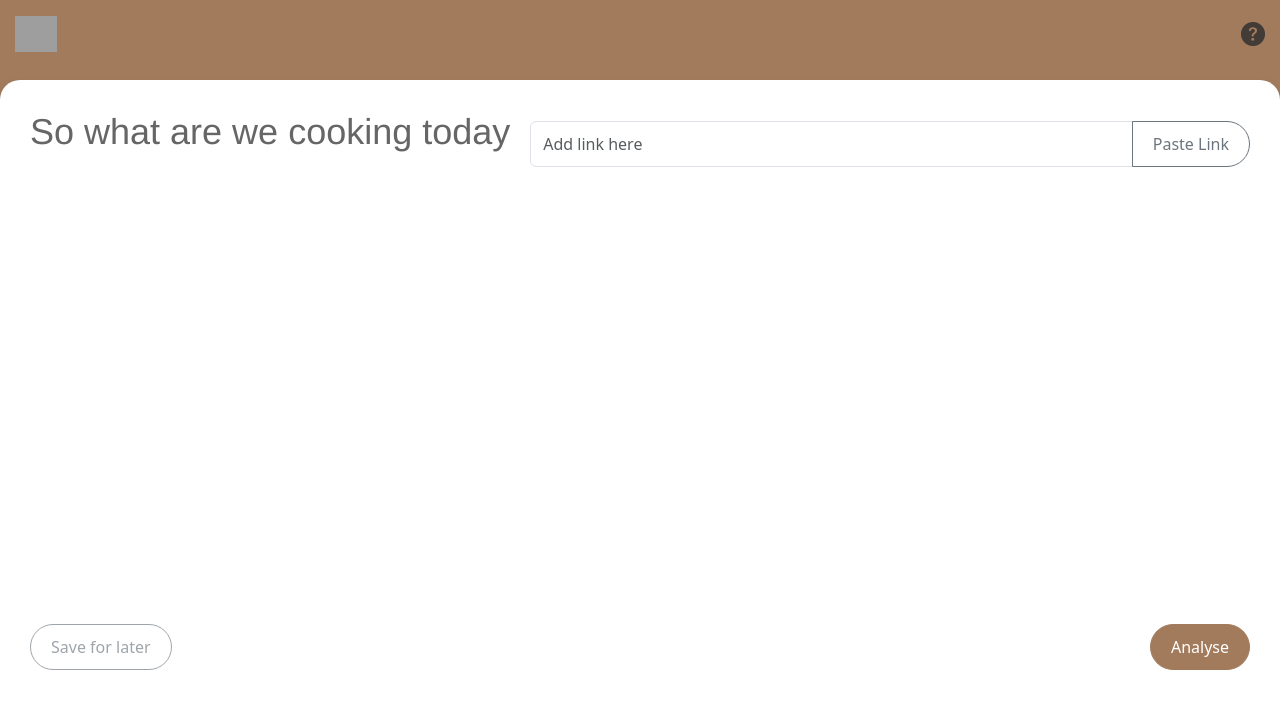
Repository: devashrisamani/SMC
Page: url.html
The author's editor kept a copy of each file at every save. The page is drawn from the files as they stood at one save, then again after the next save.
The browser window is 1280 px wide. The pictures show the whole page.
Pictures or frames that could not be fetched are drawn as grey boxes.

Above is the page before, as saved 2024-10-09 18:04:06.

After the next save:
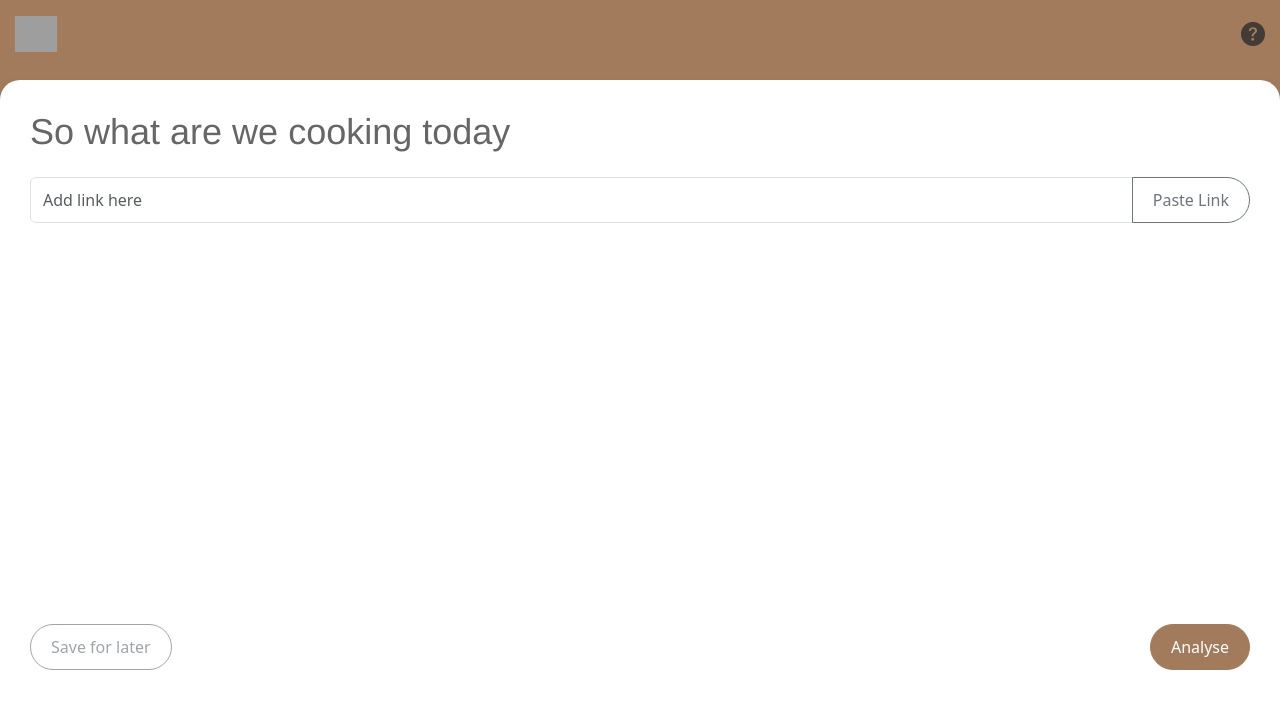
Saved 65 s later.
--- a/url.html
+++ b/url.html
@@ -35,17 +35,15 @@
         justify-content: space-between; /* Push content to the top and bottom */
       }
 
-      /* Adjust input and title alignment */
+      /* Remove flex behavior to stack elements */
       .top-content {
-        display: flex;
-        align-items: center; /* Align items in the middle */
-        justify-content: space-between;
+        display: block;
         width: 100%;
       }
 
       .input-group {
-        flex: 1; /* Take remaining space on the right */
-        margin-left: 20px; /* Add some spacing between the title and input */
+        width: 100%; /* Ensure input takes full width */
+        margin-top: 20px; /* Add space between the title and input */
       }
 
       .btn {
@@ -96,7 +94,7 @@
           So what are we cooking today
         </h2>
 
-        <!-- URL Input -->
+        <!-- URL Input below title -->
         <div class="input-group">
           <input
             type="text"
